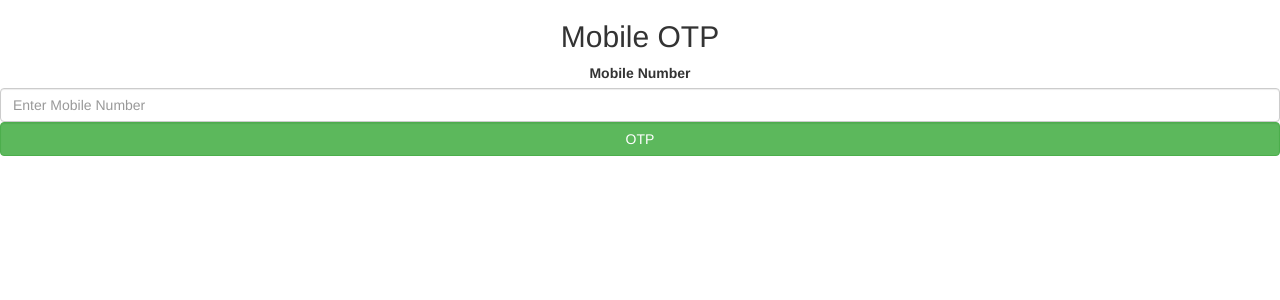
Repository: singhmohan333/springframework
Page: http://localhost/HelloWorld/
These files come from the project's save history. The page is drawn as it stood at one moment and after the next save; the edit follows.
The browser window is 1280 px wide. The pictures show the whole page.
Some web libraries are served in a nearby version. The page is served by Tomcat 9. Nobody is signed in. The application's start-up code is not run.

Above is the page before, as saved 2018-01-25 02:15:16.
Console error (its wording comes from the project's code and is left out).

After the next save:
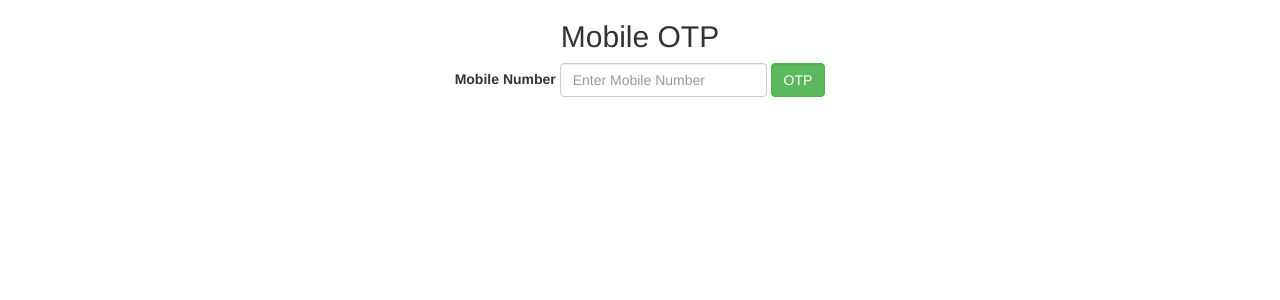
Saved 69 s later.
--- a/HelloWorld/src/main/webapp/index.jsp
+++ b/HelloWorld/src/main/webapp/index.jsp
@@ -16,7 +16,7 @@
 <center>
 		<h2>Mobile OTP</h2>
 		<div class="form-group">
-		<form onclick="/SMSClass">
+		<form class="form-inline" onclick="/SMSClass">
 		<label for="mobilenumber">Mobile Number</label> <input class="form-control" type="text" name="mobileNo" placeholder="Enter Mobile Number">
 		<input class="form-control btn-success" type="submit" value="OTP">
 
